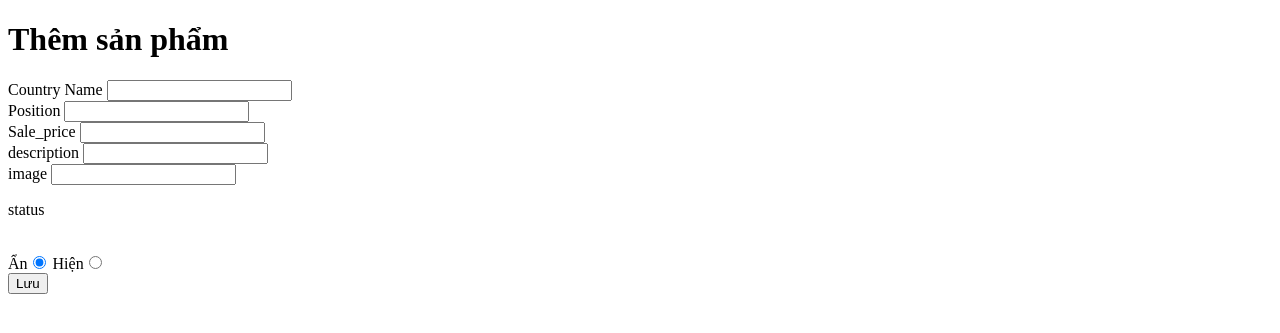
Repository: Haiyen210/NGUYEN_TRONG_HAI_YEN_B9093
Page: http://localhost/client_serve/insert.jsp
The author's editor kept a copy of each file at every save. The page is drawn from the files as they stood at one save, then again after the next save.
The browser window is 1280 px wide. The pictures show the whole page.
The page is served by Tomcat 9.

Above is the page before, as saved 2022-05-26 04:40:52.

After the next save:
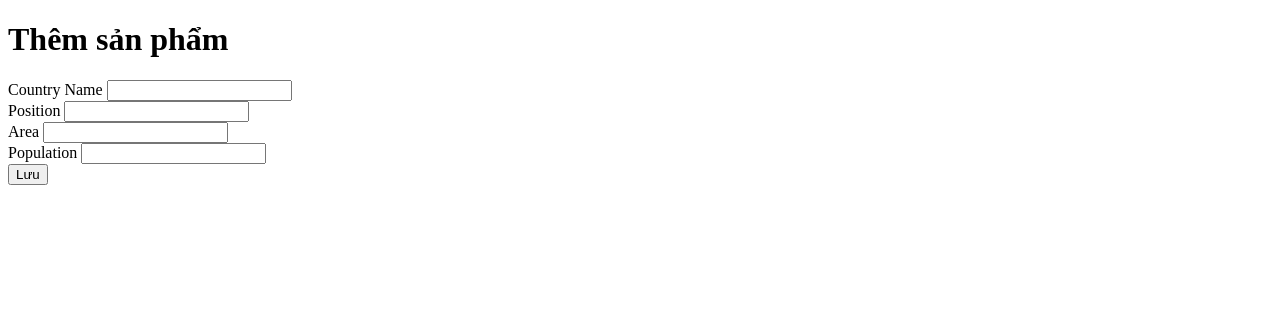
Saved 13 s later.
--- a/client_serve/src/main/webapp/insert.jsp
+++ b/client_serve/src/main/webapp/insert.jsp
@@ -12,12 +12,8 @@
 <form action="InsertProServlet" method="post">
 	Country Name <input type="text" name="CountryName"/><br>
 	Position <input type="text" name="Position"/><br>
-	Sale_price <input type="text" name="sale_price"/><br>
-	description <input type="text" name="description"/><br>
-	image <input type="text" name="image"/><br>
-	 <p>status</p> <br>
-	Ẩn<input type="radio" value="false" name="status" checked="checked"/>
-	Hiện<input type="radio" value="true" name="status"/><br>
+	Area <input type="text" name="Area"/><br>
+	Population <input type="text" name="Population"/><br>
 	<button>Lưu</button>
 </form>
 </body>
